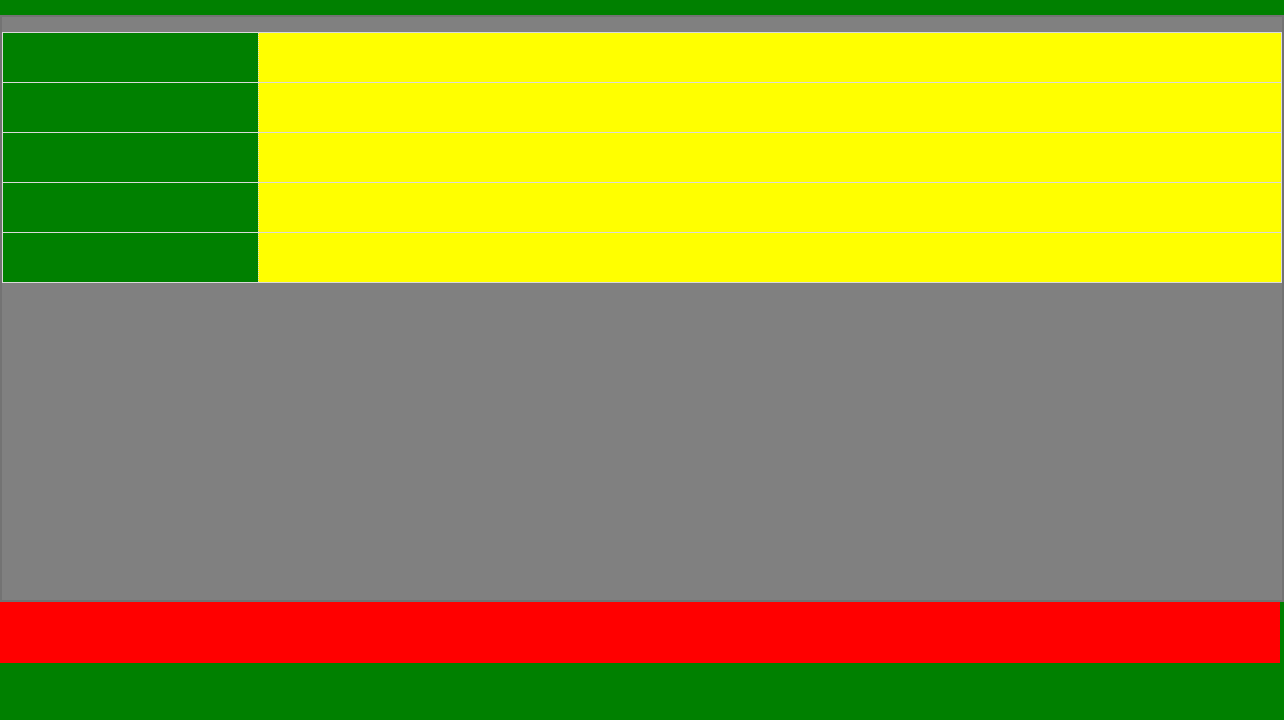
Repository: wangxinjun08231116/Html5Views
Page: WangXinJun/WebContent/htmls/ChangYongMark/table.html
The author's editor kept a copy of each file at every save. The page is drawn from the files as they stood at one save, then again after the next save.
The browser window is 1280 px wide. The page is 1284 px wide, so the pictures cover 1284 px, including what lies to the right of the window. The pictures show the whole page.

Above is the page before, as saved 2015-02-04 03:15:59.

### WangXinJun/WebContent/htmls/ChangYongMark/table.html
<!DOCTYPE html>
<html>
<head>
<meta http-equiv="Content-Type" content="text/html; charset=utf-8">
<title>test</title>
	<script type="text/javascript" src="/WangXinJun/js/ChangYongMark/table.js"></script>
 	<link href="/WangXinJun/css/ChangYongMark/table.css" rel="stylesheet" type="text/css"/>
</head>
<body>
<!--divContainer  -->
<div class="divContainer" >
<table>
<tbody>
	<tr style="height: 50px; margin-top:5px; border: 1px solid #dadada;">
		<td style="vertical-align: middle; width: 20%; background-color:green;border: 1px dotted #dadada;">
		<td style="vertical-align: middle; width: 80%; background-color:yellow;border: 1px dotted #dadada;">
	</tr>

	<tr style="height: 50px; margin-top:5px; border: 1px solid #dadada;">
		<td style="vertical-align: middle; width: 20%; background-color:green;border: 1px dotted #dadada;">
		<td style="vertical-align: middle; width: 80%; background-color:yellow;border: 1px dotted #dadada;">
	</tr>

	<tr style="height: 50px; margin-top:5px; border: 1px solid #dadada;">
		<td style="vertical-align: middle; width: 20%; background-color:green;border: 1px dotted #dadada;">
		<td style="vertical-align: middle; width: 80%; background-color:yellow;border: 1px dotted #dadada;">
	</tr>

	<tr style="height: 50px; margin-top:5px; border: 1px solid #dadada;">
		<td style="vertical-align: middle; width: 20%; background-color:green;border: 1px dotted #dadada;">
		<td style="vertical-align: middle; width: 80%; background-color:yellow;border: 1px dotted #dadada;">
	</tr>

	<tr style="height: 50px; margin-top:5px; border: 1px solid #dadada;">
		<td style="vertical-align: middle; width: 20%; background-color:green;border: 1px dotted #dadada;">
		<td style="vertical-align: middle; width: 80%; background-color:yellow;border: 1px dotted #dadada;">
	</tr>

</tbody>
</table>
</div>

</body>
</html>

### WangXinJun/WebContent/js/ChangYongMark/table.js
function test(id){
var id_ =id;
alert(id_);
}

### WangXinJun/WebContent/css/ChangYongMark/table.css
* {margin:0;padding:0;}

html{
	height:100%;width:100%;
	background-color:green;

}
body {height:90%;width:100%;
	background-color:red;
}

.divContainer{
	/*body 对齐 html上边界  */
/* 		position:absolute;
 */		background-color:gray;
	    margin-top : 15px;
	    width:100%;
	    height:90%;
	    border: 2px solid rgba(0, 0, 0, 0.1);
}

table{
	border-collapse: collapse;
    margin-top: 15px;
    width: 100%;

}

After the next save:
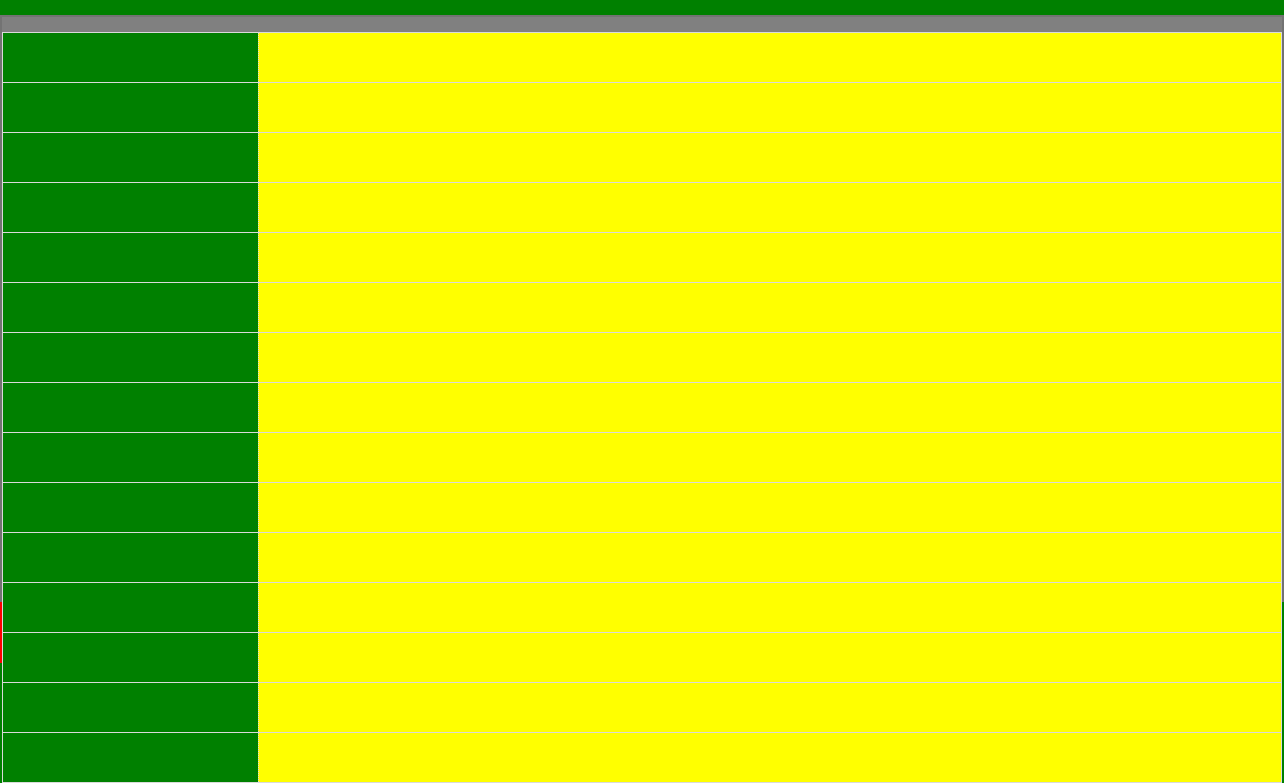
Saved 23 s later.
--- a/WangXinJun/WebContent/htmls/ChangYongMark/table.html
+++ b/WangXinJun/WebContent/htmls/ChangYongMark/table.html
@@ -36,6 +36,56 @@
 		<td style="vertical-align: middle; width: 80%; background-color:yellow;border: 1px dotted #dadada;">
 	</tr>
 
+		<tr style="height: 50px; margin-top:5px; border: 1px solid #dadada;">
+		<td style="vertical-align: middle; width: 20%; background-color:green;border: 1px dotted #dadada;">
+		<td style="vertical-align: middle; width: 80%; background-color:yellow;border: 1px dotted #dadada;">
+	</tr>
+
+	<tr style="height: 50px; margin-top:5px; border: 1px solid #dadada;">
+		<td style="vertical-align: middle; width: 20%; background-color:green;border: 1px dotted #dadada;">
+		<td style="vertical-align: middle; width: 80%; background-color:yellow;border: 1px dotted #dadada;">
+	</tr>
+
+	<tr style="height: 50px; margin-top:5px; border: 1px solid #dadada;">
+		<td style="vertical-align: middle; width: 20%; background-color:green;border: 1px dotted #dadada;">
+		<td style="vertical-align: middle; width: 80%; background-color:yellow;border: 1px dotted #dadada;">
+	</tr>
+
+	<tr style="height: 50px; margin-top:5px; border: 1px solid #dadada;">
+		<td style="vertical-align: middle; width: 20%; background-color:green;border: 1px dotted #dadada;">
+		<td style="vertical-align: middle; width: 80%; background-color:yellow;border: 1px dotted #dadada;">
+	</tr>
+
+	<tr style="height: 50px; margin-top:5px; border: 1px solid #dadada;">
+		<td style="vertical-align: middle; width: 20%; background-color:green;border: 1px dotted #dadada;">
+		<td style="vertical-align: middle; width: 80%; background-color:yellow;border: 1px dotted #dadada;">
+	</tr>
+
+		<tr style="height: 50px; margin-top:5px; border: 1px solid #dadada;">
+		<td style="vertical-align: middle; width: 20%; background-color:green;border: 1px dotted #dadada;">
+		<td style="vertical-align: middle; width: 80%; background-color:yellow;border: 1px dotted #dadada;">
+	</tr>
+
+	<tr style="height: 50px; margin-top:5px; border: 1px solid #dadada;">
+		<td style="vertical-align: middle; width: 20%; background-color:green;border: 1px dotted #dadada;">
+		<td style="vertical-align: middle; width: 80%; background-color:yellow;border: 1px dotted #dadada;">
+	</tr>
+
+	<tr style="height: 50px; margin-top:5px; border: 1px solid #dadada;">
+		<td style="vertical-align: middle; width: 20%; background-color:green;border: 1px dotted #dadada;">
+		<td style="vertical-align: middle; width: 80%; background-color:yellow;border: 1px dotted #dadada;">
+	</tr>
+
+	<tr style="height: 50px; margin-top:5px; border: 1px solid #dadada;">
+		<td style="vertical-align: middle; width: 20%; background-color:green;border: 1px dotted #dadada;">
+		<td style="vertical-align: middle; width: 80%; background-color:yellow;border: 1px dotted #dadada;">
+	</tr>
+
+	<tr style="height: 50px; margin-top:5px; border: 1px solid #dadada;">
+		<td style="vertical-align: middle; width: 20%; background-color:green;border: 1px dotted #dadada;">
+		<td style="vertical-align: middle; width: 80%; background-color:yellow;border: 1px dotted #dadada;">
+	</tr>
+
 </tbody>
 </table>
 </div>
